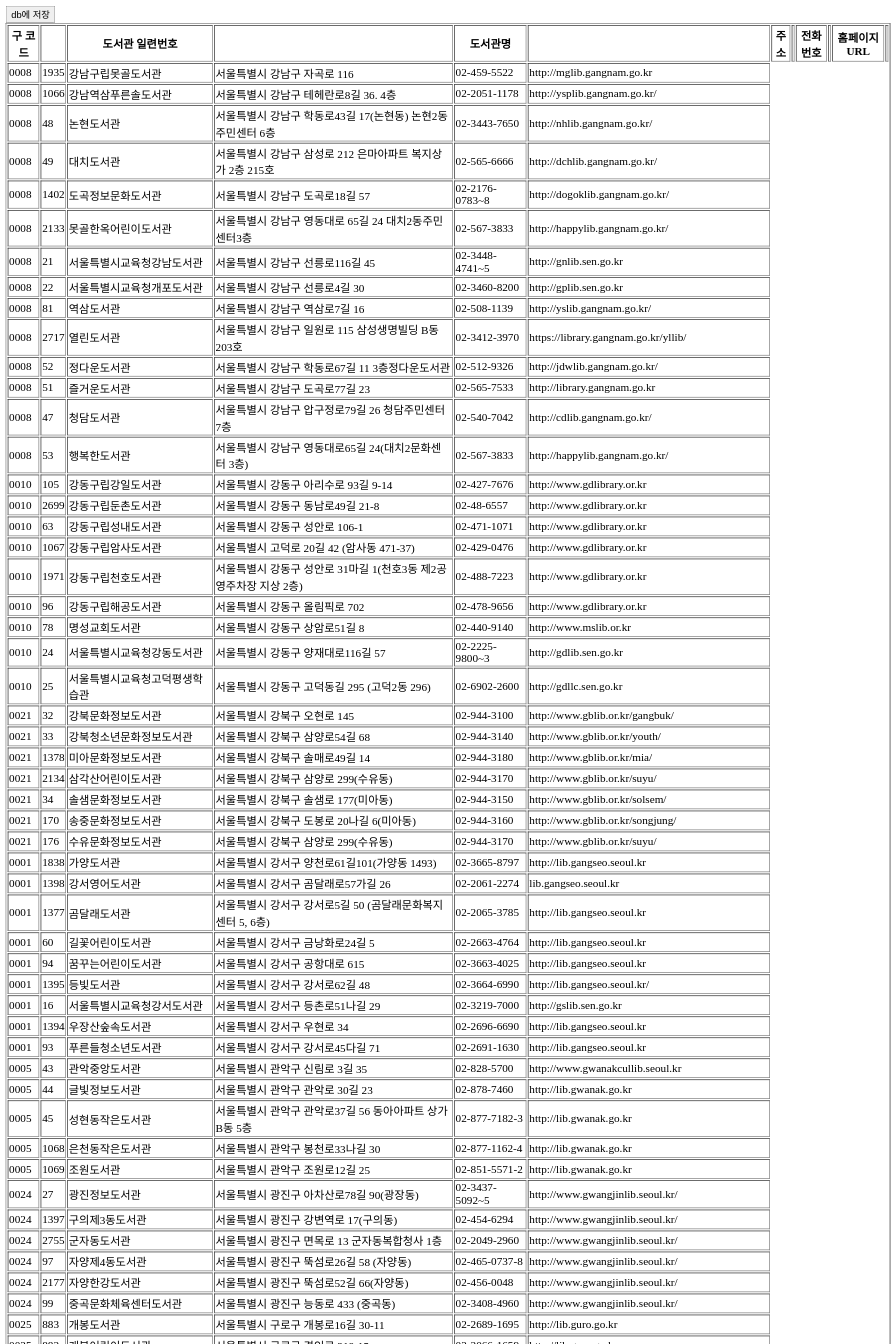
Repository: ylyy42/ApiTest
Page: http://localhost/ApiTest/liblist.jsp
These files come from the project's save history. The page is drawn as it stood at one moment and after the next save; the edit follows.
The browser window is 1280 px wide. The pictures show the part of the page from y = 0 to 1920 px (the page is 6849 px tall before and 6303 px after), at 70% of full size.
The page is served by Tomcat 9.

Above is the page before, as saved 2022-09-08 07:56:04.

After the next save:
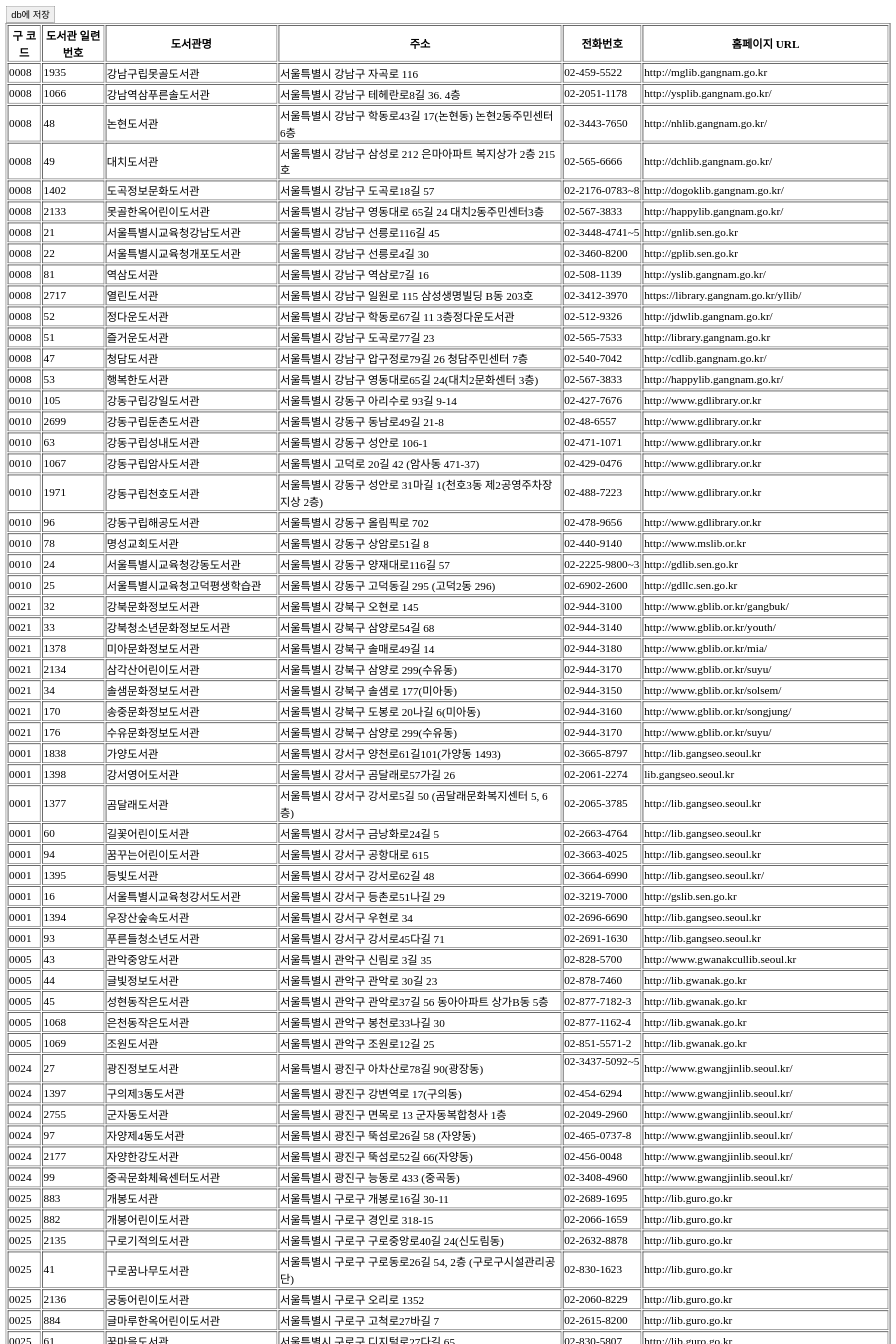
Saved 3 min 19 s later.
--- a/ApiTest/src/main/webapp/js/lib01.js
+++ b/ApiTest/src/main/webapp/js/lib01.js
@@ -10,12 +10,12 @@ function getJson() {
 
 				$("thead").append(
 					"<tr>"+
-						"<th>"+val.GU_CODE+"<th>"+
-						"<th>"+val.LBRRY_SEQ_NO+"<th>"+
-						"<th>"+val.LBRRY_NAME+"<th>"+
-						"<th>"+val.ADRES+"<th>"+
-						"<th>"+val.TEL_NO+"<th>"+
-						"<th>"+val.HMPG_URL+"<th>"+
+						"<th>"+val.GU_CODE+"</th>"+
+						"<th>"+val.LBRRY_SEQ_NO+"</th>"+
+						"<th>"+val.LBRRY_NAME+"</th>"+
+						"<th>"+val.ADRES+"</th>"+
+						"<th>"+val.TEL_NO+"</th>"+
+						"<th>"+val.HMPG_URL+"</th>"+
 					"</tr>"
 				);
 			} else {
